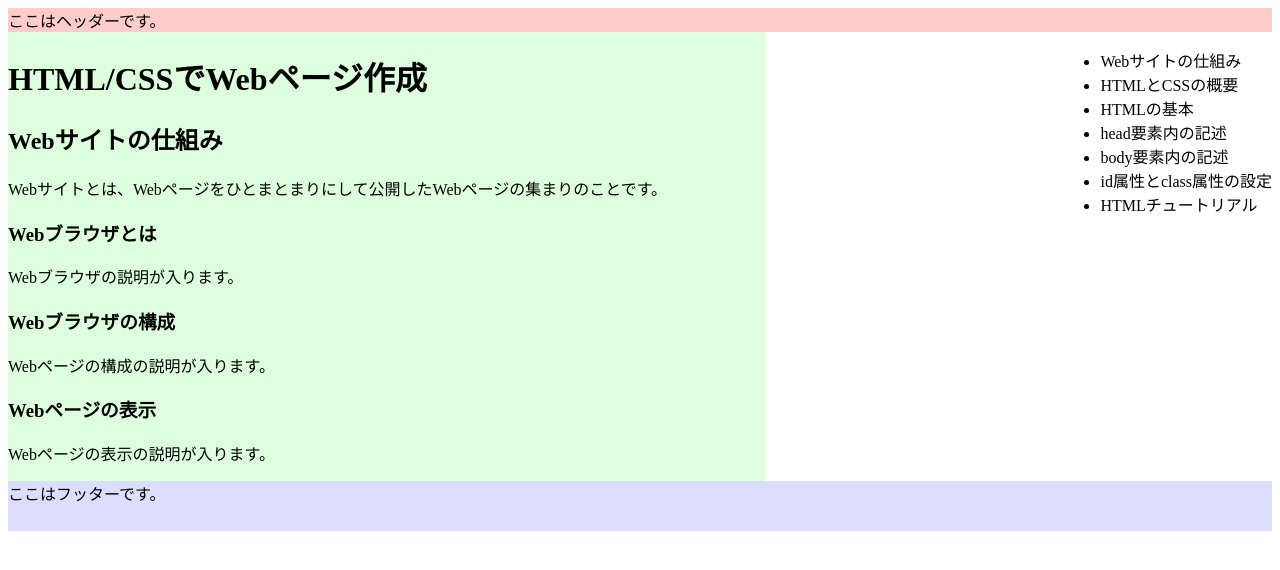
Repository: kazumasatomoto/kadai-tasklist-
Page: kadai-html.html
The author's editor kept a record of every edit. The page is drawn from the files as they stood at one moment, then again after the next edit.
The browser window is 1280 px wide. The pictures show the whole page.

Above is the page before.

After the next edit:
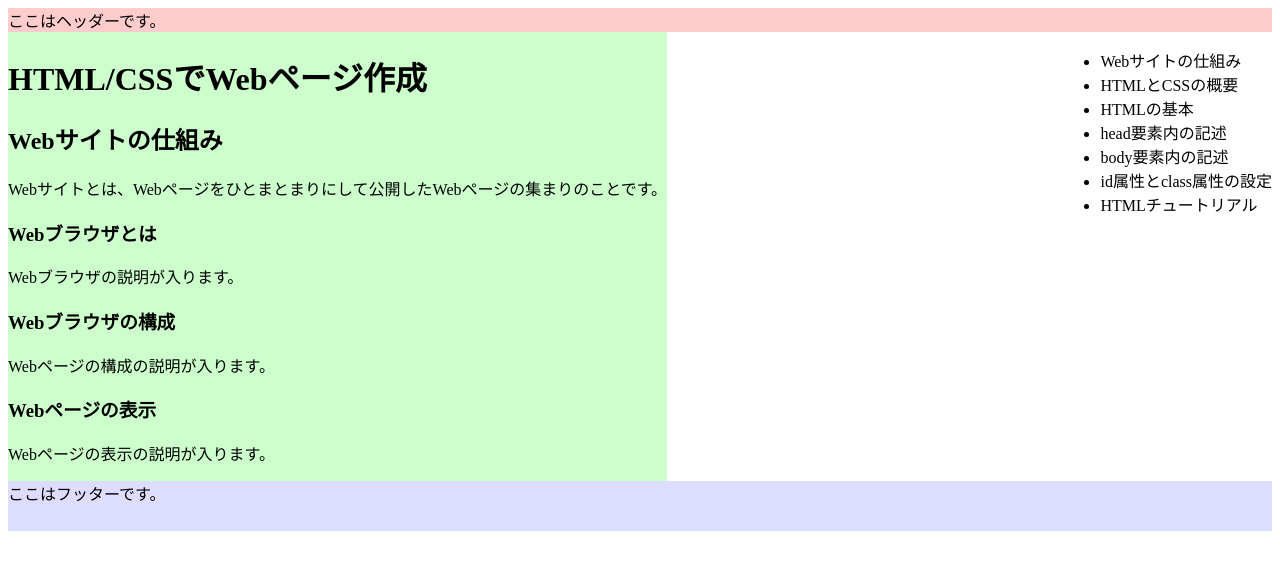
The edit:
--- a/kadai-css.css
+++ b/kadai-css.css
@@ -7,8 +7,7 @@
     justify-content: space-between;
 }
 #main {
-    width: 60%;
-    background-color: #ddffdd;
+    background-color: #ccffcc;
 }
 aside {
     width: 30%;
